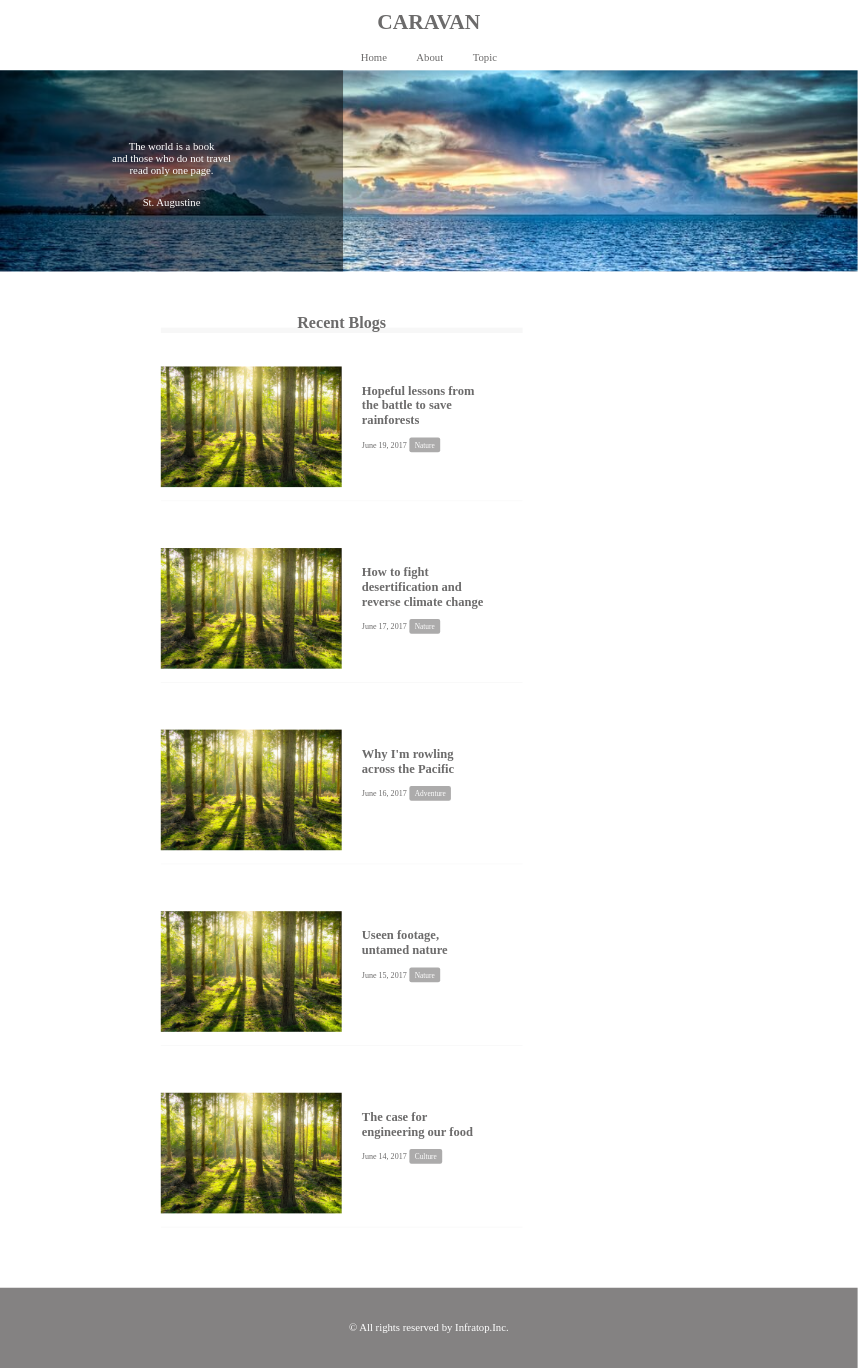
Repository: yukito7878/HTML-CSS-practice
Page: caravan/index7.html
The author's editor kept a record of every edit. The page is drawn from the files as they stood at one moment, then again after the next edit.
The browser window is 1280 px wide. The pictures show the whole page, at 67% of full size.

Above is the page before.

### caravan/index7.html
<!DOCTYPE html>
<html lang="ja">
  <head>
    <meta charset="UTF-8" />
    <!-- CSSファイルの読み込み -->
    <link rel="stylesheet" href="style7.css" />
    <title>CARAVAN</title>
  </head>

  <body>
    <!-- header -->
    <header>
      <h1 class="heading">
        <a href="index.html">
          CARAVAN
        </a>
      </h1>
    </header>

    <!-- navigation -->
    <nav>
      <ul class="nav-list">
        <li class="nav-list-item">
          <a href="index.html">Home</a>
        </li>
        <li class="nav-list-item">About</li>
        <li class="nav-list-item">Topic</li>
      </ul>
    </nav>

    <!-- main-visual用のdiv -->
    <div class="main-visual">
      <div class="main-visual-content">
        <p class="main-visual-text">
          The world is a book<br>
          and those who do not travel<br>
          read only one page.
        </p>
        <p class="main-visual-name">
          St. Augustine
        </p>
      </div>
    </div>

    <main>
      <section class="blog">
        <h2 class="blog-heading">Recent Blogs</h2>
        <div class="blog-box">
          <div class="blog-item">
            <img class="blog-image" src="img/forest.jpg">
            <section class="blog-text">
              <h3 class="blog-text-heading">
                <a href="single.html">
                  Hopeful lessons from<br>
                  the battle to save<br>
                  rainforests
                </a>
              </h3>
              <p class="blog-date">June 19, 2017</p>
              <span class="category">Nature</span>
            </section>
          </div>
        </div>

        <div class="blog-box">
          <div class="blog-item">
            <img class="blog-image" src="img/forest.jpg">
            <section class="blog-text">
              <h3 class="blog-text-heading">
                <a href="single.html">
                  How to fight<br>
                  desertification and <br>
                  reverse climate change
                </a>
              </h3>
              <p class="blog-date">June 17, 2017</p>
              <span class="category">Nature</span>
            </section>
          </div>
        </div>

        <div class="blog-box">
          <div class="blog-item">
            <img class="blog-image" src="img/forest.jpg">
            <section class="blog-text">
              <h3 class="blog-text-heading">
                <a href="single.html">
                  Why I'm rowling<br>
                  across the Pacific
                </a>
              </h3>
              <p class="blog-date">June 16, 2017</p>
              <span class="category">Adventure</span>
            </section>
          </div>
        </div>

        <div class="blog-box">
          <div class="blog-item">
            <img class="blog-image" src="img/forest.jpg">
            <section class="blog-text">
              <h3 class="blog-text-heading">
                <a href="single.html">
                  Useen footage,<br>
                  untamed nature
                </a>
              </h3>
              <p class="blog-date">June 15, 2017</p>
              <span class="category">Nature</span>
            </section>
          </div>
        </div>

        <div class="blog-box">
          <div class="blog-item">
            <img class="blog-image" src="img/forest.jpg">
            <section class="blog-text">
              <h3 class="blog-text-heading">
                <a href="single.html">
                  The case for <br>
                  engineering our food
                </a>
              </h3>
              <p class="blog-date">June 14, 2017</p>
              <span class="category">Culture</span>
            </section>
          </div>
        </div>
      </section>
      <div class="sidebar"></div>

    </main>

    <!-- footer -->
    <footer>
      <p class="footer-text">© All rights reserved by Infratop.Inc.</p>
    </footer>
  </body>
</html>

### caravan/style7.css
/* ブラウザがそれぞれ持っているCSSをリセットするための記述 */
* {
  margin: 0;
  padding: 0;
  box-sizing: border-box;
  color: #6c6b6b;
}

a {
  text-decoration: none;
}

header {
  width: 90%; /* 横幅90% */
  padding: 15px 0;
  margin: 0 auto;
  text-align: center;
}

header .heading {
  /* headerタグ内のheadingクラスにのみ反映される */
  font-size: 32px;
}

.nav-list {
  text-align: center;
  padding: 10px 0;
  margin: 0 auto;
}

.nav-list-item {
  list-style: none;
  display: inline-block;
  margin: 0 20px;
}

.main-visual {
  width: 100%; /* 横幅いっぱい */
  height: 300px; /* 高さ300px */
  background-image: url(img/mv.jpg);
  background-size: cover; /* 縦横比を維持したまま背景領域を埋め尽くす */
  background-position: center; /* 背景画像を中央に配置 */
}

.main-visual-content {
  width: 40%; /* 横幅40% */
  height: 300px; /* 親の高さに揃える */
  background-color: rgba(0, 0, 0, 0.5); /* 背景色を半透明の黒にする */
  text-align: center; /* 文字を中央揃えにする */
  padding-top: 105px; /* 上側の内側余白で垂直方向の位置を調整 */
}

.main-visual-text {
  color: #fff; /* 文字色を白に変更 */
}

.main-visual-name {
  margin-top: 30px; /* 上側の外側の余白 */
  color: #fff; /* 文字色を白に変更 */
}

main{
  width: 800px;
  display: flex;
  justify-content: center;
  margin: 0 auto;
  padding: 70px 0;
}

.blog {
  width: 540px;
  margin-right: 30px;
}

.blog-heading{
  border-bottom: 8px solid #f7f7f7;
  text-align: center;
  line-height: 0.6;
}

.blog-box{
  padding: 50px 0 0 0 ;
}

.blog-item{
  padding-bottom: 20px;
  margin-bottom: 20px;
  border-bottom: 1px solid #f7f7f7;
  display: flex;
  justify-content: flex-start;
}

.blog-image{
  width: 50%;
  height: 180px;
  object-fit: cover;
}

.blog-text{
  padding: 25px 0 0 30px;
}

.blog-text-heading{
  padding: 0 0 15px 0;
}

.blog-date{
  font-size: 12px;
  display: inline-block;
}
.category{
  display: inline-block;
  padding: 5px 8px;
  background-color: #acabab;
  border-radius: 3px;
  color: #fff;
  font-size: 11px;
}

.sidebar {
  width: 230px;
}

footer {
  width: 100%;
  height: 120px;
  text-align: center;
  line-height: 120px;
  background-color: #848282;
}

.footer-text {
  color: #fff;
}

After the next edit:
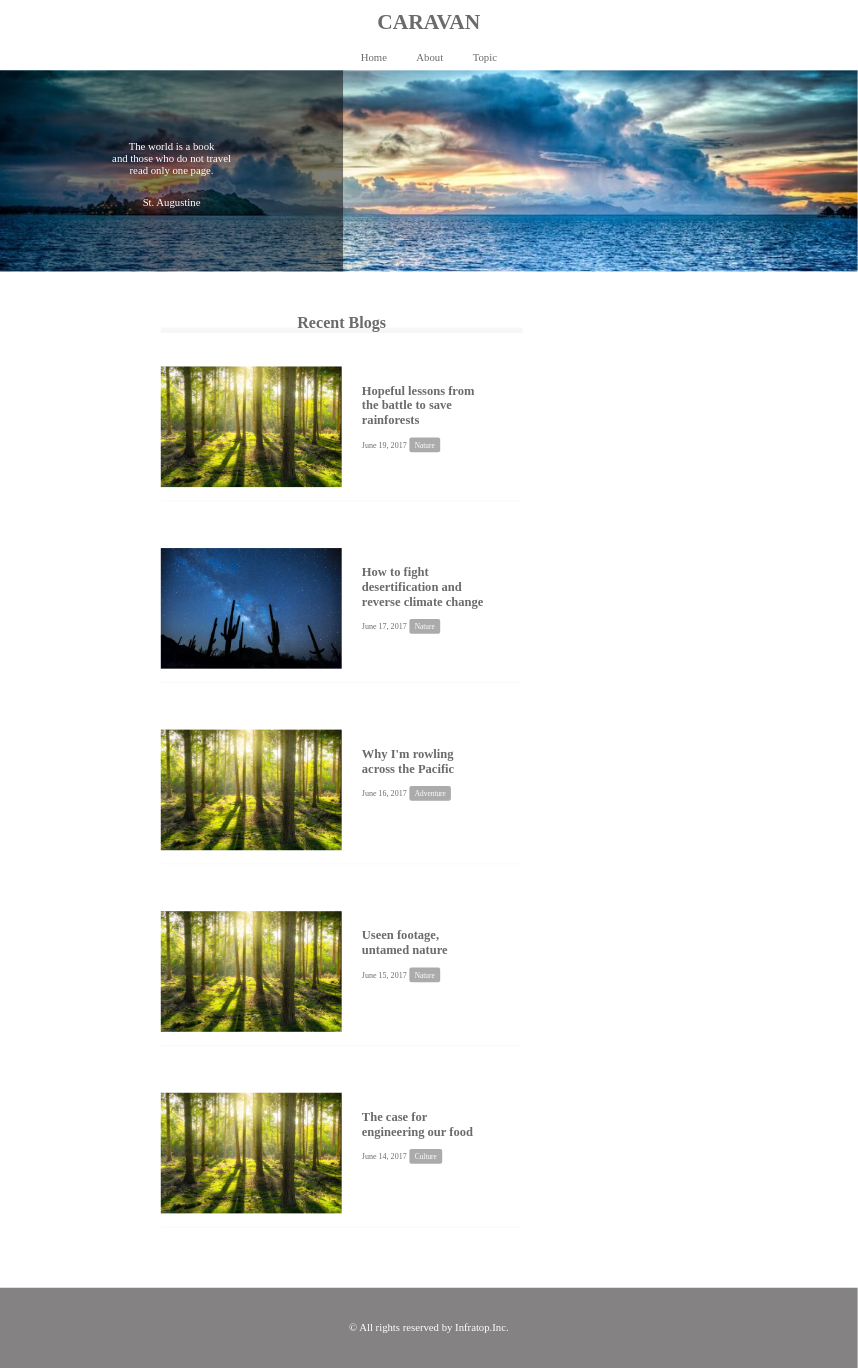
The edit:
--- a/caravan/index7.html
+++ b/caravan/index7.html
@@ -64,7 +64,7 @@
 
         <div class="blog-box">
           <div class="blog-item">
-            <img class="blog-image" src="img/forest.jpg">
+            <img class="blog-image" src="img/desert.jpg">
             <section class="blog-text">
               <h3 class="blog-text-heading">
                 <a href="single.html">
